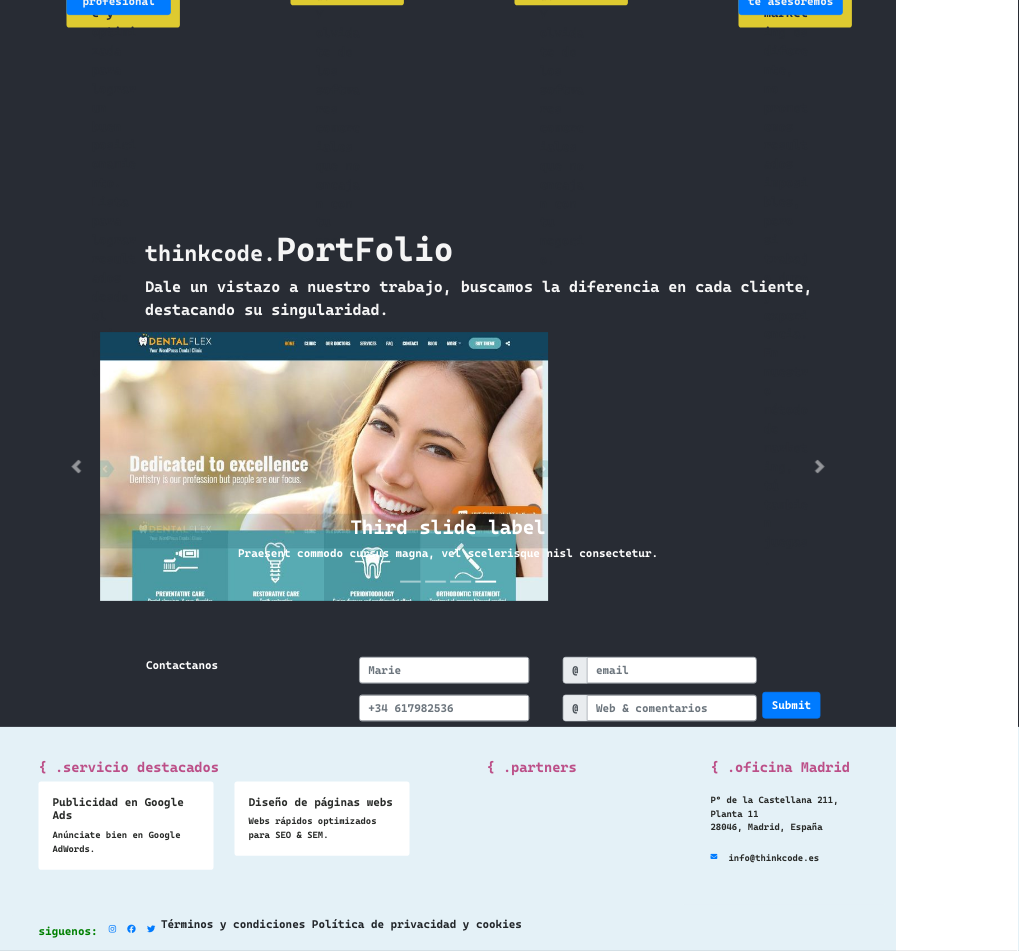
Repository: banchiec/thinkcode
Page: /
An editor plug-in stored every save of this project. The page is shown before and after the next save, followed by the edit.
The browser window is 1280 px wide. The page is 1455 px wide, so the pictures cover 1455 px, including what lies to the right of the window. The pictures show the part of the page from y = 1909 to 3589 px (the page is 3267 px tall before and 3589 px after), at 70% of full size.
Some web libraries are served in a nearby version. The project was rebuilt for these pictures with package versions that can differ from the ones it lists, and the page was loaded fresh each time. A package was used in the major version that the imports need, not the one package.json lists. Also part of the build but not shown: src/components/MenuItems.js, src/components/Dropdownthink.css, src/components/Dropdownthink.js, src/components/pages/Consulting.js, src/components/pages/ContactUs.js, src/components/pages/Marketing.js, src/components/pages/Products.js, src/components/pages/Services.js and 1 more. Imported but missing from the stored project, and not drawn on this page: src/components/sliderInfo/SliderInfo.

Above is the page before, as saved 2020-11-30 14:43:42.

### public/index.html
<!DOCTYPE html>
<html lang="en">
  <head>
    <meta charset="utf-8" />
    <link rel="icon" href="%PUBLIC_URL%/favicon.ico" />
    <meta name="viewport" content="width=device-width, initial-scale=1" />
    <meta name="theme-color" content="#000000" />
    <meta
      name="description"
      content="Web site created using create-react-app"
    />
    <link rel="apple-touch-icon" href="%PUBLIC_URL%/logo192.png" />

    <!-- fontawesome -->
    <script src="https://kit.fontawesome.com/e7a02c1b14.js" crossorigin="anonymous"></script>
    <!-- jquery -->
    <script src="https://code.jquery.com/jquery-2-2.0.min.js"></script>
    <!--
      manifest.json provides metadata used when your web app is installed on a
      user's mobile device or desktop. See https://developers.google.com/web/fundamentals/web-app-manifest/
    -->
    <link rel="manifest" href="%PUBLIC_URL%/manifest.json" />
    <!--
      Notice the use of %PUBLIC_URL% in the tags above.
      It will be replaced with the URL of the `public` folder during the build.
      Only files inside the `public` folder can be referenced from the HTML.

      Unlike "/favicon.ico" or "favicon.ico", "%PUBLIC_URL%/favicon.ico" will
      work correctly both with client-side routing and a non-root public URL.
      Learn how to configure a non-root public URL by running `npm run build`.
    -->
    <title>React App</title>
  </head>
  <body>
    <noscript>You need to enable JavaScript to run this app.</noscript>
    <div id="root"></div>
    <!--
      This HTML file is a template.
      If you open it directly in the browser, you will see an empty page.

      You can add webfonts, meta tags, or analytics to this file.
      The build step will place the bundled scripts into the <body> tag.

      To begin the development, run `npm start` or `yarn start`.
      To create a production bundle, use `npm run build` or `yarn build`.
    -->


  </body>
</html>

### src/index.css
body {
  margin: 0;
  font-family: -apple-system, BlinkMacSystemFont, 'Segoe UI', 'Roboto', 'Oxygen',
    'Ubuntu', 'Cantarell', 'Fira Sans', 'Droid Sans', 'Helvetica Neue',
    sans-serif;
  -webkit-font-smoothing: antialiased;
  -moz-osx-font-smoothing: grayscale;
}

code {
  font-family: source-code-pro, Menlo, Monaco, Consolas, 'Courier New',
    monospace;
}
@font-face{
  font-family: 'CascadiaCode-Bold';
  src: local('CascadiaCode-Bold'), url(./fonts/CascadiaCode-Bold.ttf)
}

### src/App.js
import './App.css';
// import logo_thinkcode from './logo_thinkcode.png'
import React, {} from 'react'
import 'animate.css'
import Navbarthink from './components/Navbarthink'
import InfoSection from './components/infoSection/InfoSection'
import Pricing from './components/pricing/Pricing'
import Footer from './components/footer/Footer'
import Slide from './components/slide/Slide'
import FormContact from './components/forms/FormContact'
import {BrowserRouter as Router, Switch, Route} from 'react-router-dom'


// import Button  from 'react-bootstrap/Button'
// import 'bootstrap/dist/css/bootstrap.min.css'

// import {Navbar,Button, Nav , NavLink} from 'react-bootstrap'

import Consulting from './components/pages/Consulting'
import ContactUs from './components/pages/ContactUs'
import Home from './components/pages/Home'
import Marketing from './components/pages/Marketing'
import Products from './components/pages/Products'
import Services from './components/pages/Services'
import SignUp from './components/pages/SignUp'
// import InfoSection from './components/infoSection/InfoSection';

function App() {

  // const [click, setClick] = useState(false)
  // const [dropdown, setDropdown] = useState(false)




  return (
    <div className="App">
      <Router>
        <Navbarthink/>
        <Switch>
          <Route path='/consulting' exact component ={Consulting}></Route>
          <Route path='/contact-us' exact component ={ContactUs}></Route>
          <Route path='/' exact component ={Home}></Route>
          <Route path='/marketing' exact component ={Marketing}></Route>
          <Route path='/products' exact component ={Products}></Route>
          <Route path='/services' exact component ={Services}></Route>
          <Route path='/sign-up' exact component ={SignUp}></Route>
        </Switch>
        <InfoSection></InfoSection>
        <Pricing></Pricing>
        <Slide/>
        <FormContact></FormContact>
        <Footer/>
      </Router>

    </div>
  );
}

export default App;

### src/App.css
*{
  box-sizing: border-box;
  margin: 0;
  padding: 0;
  font-family: CascadiaCode-Bold;
  /* background: #282c34 ; */
  /* background: linear-gradient(90deg, rgb(76, 80, 88) 100%, rgb(8, 8, 9) 0%); */
}

.App {
  text-align: center;
  background: #282c34 ;
}

.App-logo {
  height: 40vmin;
  pointer-events: none;
}

.home, .services, .products,.contact-us,.sign-up, .marketing, .consulting{
  display: flex;
  height: 90vh;
  align-items: center;
  justify-content: center;
  font-size: 3rem;
}





@media (prefers-reduced-motion: no-preference) {
  .App-logo {
    animation: App-logo-spin infinite 20s linear;
  }
}

.App-header {
  background-color: #282c34;
  min-height: 100vh;
  display: flex;
  flex-direction: column;
  align-items: center;
  justify-content: center;
  font-size: calc(10px + 2vmin);
  color: white;
}

.App-link {
  color: #61dafb;
}

@keyframes App-logo-spin {
  from {
    transform: rotate(0deg);
  }
  to {
    transform: rotate(360deg);
  }
}

### src/components/Navbarthink.js
import React, { useState} from 'react'
import logo_thinkcode from '../images/logo_thinkcode.png'
// import logo_thinkcode from '../images/logo_thinkcode.png'
import { Buttonthink} from './Buttonthink'
import {Link} from 'react-router-dom'
import './Navbarthink.css'
import Dropdownthink from './Dropdownthink'

export default function Navbarthink(){
    const [click, setClick] = useState(false)
    const [dropdown, setDropdown] = useState(false)

    const handleClick = () => setClick(!click)
    const closeMobileMenu = () => setClick(false)

    const onMouseEnter = () =>{
        if(window.innerWidth < 960) {
        setDropdown(false)
        } else {
        setDropdown(true)
        }
    }
    const onMouseLeave = () =>{
        if(window.innerWidth < 960) {
        setDropdown(false)
        } else {
        setDropdown(false)
        }
    }

    return(
        <>
            <nav className="navbarthink">
                <Link to='/' className="navbar-logo">
                    {/* thinkcode */}
                    <img alt="" src={logo_thinkcode} width="300" height="40"></img>
                </Link>
                <div className='menu-icon' onClick={handleClick}>
                    <i className={click ? 'fas fa-times' : 'fas fa-bars'}
                    />
                </div>
                <ul className={ click ? 'nav-menu active' : 'nav-menu'}>

                    <li className='nav-item'>
                        <Link to='/' className='nav-links' onClick={closeMobileMenu}>
                            Home
                        </Link>
                    </li>
                    <li className='nav-item'
                        onMouseEnter={onMouseEnter}
                        onMouseLeave={onMouseLeave}
                        // onClick={handleClick}
                        >
                        <Link to='/services' className='nav-links' onClick={closeMobileMenu}>
                           Services
                           <i className='fas fa-caret-down' />
                        </Link>
                        {dropdown && <Dropdownthink/>}
                    </li>
                    <li className='nav-item'>
                        <Link to='/products' className='nav-links' onClick={closeMobileMenu}>
                            Products
                        </Link>
                    </li>
                    <li className='nav-item'>
                        <Link to='/contact-us' className='nav-links' onClick={closeMobileMenu}>
                           Contact Us
                        </Link>
                    </li>
                    <li className='nav-item'>
                        <Link to='/sign-up' className='nav-links-mobile' onClick={closeMobileMenu}>
                           Sign up
                        </Link>
                    </li>

                </ul>
                <Buttonthink />
            </nav>
        </>
    )

}

### src/components/infoSection/InfoSection.js
import React from 'react'
// import {AlltextInfoSection} from './AlltextInfoSection'
import imagensvg3 from '../../images/imagensvg3.svg'
import 'bootstrap/dist/css/bootstrap.min.css'
import './infoSection.css'
import {Col, Container,Row,} from 'react-bootstrap'

export default function InfoSection() {

    return (
            <Container fluid  className="content-infoSection">
                <Row>
                    {
                        // AlltextInfoSection.map((item,index) => {
                        //     return (
                        //         <Row>
                        //         <Col  md={6} lg={6} >
                        //             {/* <h1 key={index}>{item.firstTitle}</h1> */}
                        //             <div className="content-text-infoSection">
                        //                 <h2 >{item.firstTitle}<span className="text-title-infoSection animate__animated animate__fadeInLeft animate__delay-1s">{item.secundTitle}</span></h2>
                        //                 <p className="text-infoSection">{item.text}</p>
                        //             </div>
                        //         </Col>
                        //         <Col  md={6} lg={6}  >
                        //             <img  className="imagensvg-infoSection" alt="" src={imagensvg3}></img>
                        //         </Col>
                        //         </Row>
                        //     )
                        // })
                    }

                    <Col  md={6} lg={6} >
                        <div className="content-text-infoSection">
                            <h2 >thinkcode.<span className="text-title-infoSection animate__animated animate__fadeInLeft animate__delay-1s">developers</span></h2>
                            <p className="text-infoSection">Diseño y desarrollo de aplicaciones y páginas web para tu negocio o proyecto.
                            Disfrutamos mucho con lo que hacemos, compruébalo.</p>
                        </div>
                    </Col>
                    <Col  md={6} lg={6}  >
                        <img  className="imagensvg-infoSection" alt="" src={imagensvg3}></img>
                    </Col>

                </Row>

            </Container >
            // <Container fluid  className="content-infoSection">
            //     <Row>
            //         <Col  md={6} lg={6} >
            //             <div className="content-text-infoSection">
            //                 <h2 >thinkcode.<span className="text-title-infoSection animate__animated animate__fadeInLeft animate__delay-1s">developers</span></h2>
            //                 <p className="text-infoSection">Diseño y desarrollo de aplicaciones y páginas web para tu negocio o proyecto.
            //                 Disfrutamos mucho con lo que hacemos, compruébalo.</p>
            //             </div>
            //         </Col>
            //         <Col  md={6} lg={6}  >
            //             <img  className="imagensvg-infoSection" alt="" src={imagensvg3}></img>
            //         </Col>

            //     </Row>

            // </Container >
    )
}

### src/components/forms/FormContact.js
import React from 'react'
import { Container, Col, Row, Form, InputGroup,Button, FormControl } from 'react-bootstrap'

export default function FormContact() {
    return (
        <div>
            <Container >
                <Row>
                    <Col lg ={4} md={4}>
                        <div className="text-contactanos text-white">
                            Contactanos
                        </div>
                    </Col>
                    <Col lg={8} className ="container-form" md={8}>
                        <Form inline>
                            <Form.Label htmlFor="inlineFormInputName2" className="" srOnly>
                                Name
                            </Form.Label>
                            <Form.Control
                                className="mb-2 mr-sm-5 ml-5"
                                id="inlineFormInputName2"
                                placeholder="Marie"
                            />
                            <Form.Label htmlFor="inlineFormInputGroupUsername2" srOnly>
                                email
                            </Form.Label>
                            <InputGroup className="mb-2 mr-sm-2">
                                <InputGroup.Prepend>
                                <InputGroup.Text>@</InputGroup.Text>
                                </InputGroup.Prepend>
                                <FormControl id="inlineFormInputGroupUsername2" placeholder="email" />
                            </InputGroup>
                        </Form>
                        <Form inline>
                            <Form.Label htmlFor="inlineFormImputName3" srOnly>
                                phone
                            </Form.Label>
                            <Form.Control
                                className="ml-5 "
                                id="inlineFormImputName3"
                                placeholder="+34 617982536"
                            />
                            <Form.Label htmlFor="inlineFormInputGroupUsername3" srOnly>
                                Web & comentarios
                            </Form.Label>
                            <InputGroup className="mb-2 mt-2 mr-sm-2 ml-5">
                                <InputGroup.Prepend>
                                <InputGroup.Text>@</InputGroup.Text>
                                </InputGroup.Prepend>
                                <FormControl id="inlineFormInputGroupUsername3" placeholder="Web & comentarios" />
                            </InputGroup>
                            <Button type="submit" className="mb-2">
                                Submit
                            </Button>

                        </Form>
                    </Col>
                </Row>

            </Container>

        </div>
    )
}

### src/components/pages/Home.js
import React,{useEffect} from 'react'
import '../sliderInfo/SliderInfo'

export default function Home() {

    useEffect(()=>{
    })
    return (
        <div>
            {/* <InfoSection></InfoSection> */}
            {/* <Pricing></Pricing> */}
            {/* <Slide/> */}
            {/* <Footer/> */}

           {/* <h1 className='consulting' >Thinkcode</h1> */}
        </div>
    )
}

### src/components/Buttonthink.js
import React  from 'react'
import './Buttonthink.css'
import {Link} from 'react-router-dom'

export function Buttonthink() {
        return (
            <Link to ='sing-up'>
               <button className='btnthink'>Sign think </button>
            </Link>
        )
}

### src/components/Navbarthink.css
.navbarthink{
  /* background: linear-gradient(9deg, rgb(66, 80, 88) 0%, rgb(8, 8, 9) 100%); */
  background: #282c34;

  height: 80px;
  display: flex;
  justify-content: center;
  align-items: center;
  font-size: 1.2rem;
}

.navbar-logo {
  color: #fff;
  justify-self: start;
  margin-left: 40px;
  cursor: pointer;
  text-decoration: none;
}

.fa-firstdraft {
  margin-left: 0.5rem;
  font-size: 1.6rem;
}

.nav-menu {
  display: grid;
  grid-template-columns: repeat(5, auto);
  grid-gap: 10px;
  list-style: none;
  text-align: center;
  width: 70vw;
  justify-content: end;
  margin-right: 2rem;
}

.nav-item {
  display: flex;
  align-items: center;
  height: 80px;
}

.nav-links {
  color: white;
  text-decoration: none;
  padding: 0.5rem 1rem;
}

.nav-links:hover {
  background-color: #1888ff;
  border-radius: 4px;
  transition: all 0.2s ease-out;
}

.fa-bars {
  color: #fff;
}

.nav-links-mobile {
  display: none;
}

.menu-icon {
  display: none;
}

@media screen and (max-width: 960px) {
  /* .text-propuesta {
    margin-top: 12rem;
  } */

  .fa-caret-down {
    display: none;
  }
  .NavbarItems {
    position: relative;
  }

  .nav-menu {
    display: flex;
    flex-direction: column;
    width: 100%;
    height: 90vh;
    position: absolute;
    top: 80px;
    left: -100%;
    opacity: 1;
    transition: all 0.9s ease;
  }

  .nav-menu.active {
    background: #2a2c30;
    left: 0;
    opacity: 1;
    transition: all 0.5s ease;
    z-index: 1;
  }

  .nav-links {
    text-align: center;
    padding: 2rem;
    width: 100%;
    display: table;
  }

  .nav-links:hover {
    background-color: #1888ff;
    border-radius: 0;
  }

  .navbar-logo {
    position: absolute;
    top: 0;
    left: 0;
    transform: translate(25%, 50%);
  }

  .menu-icon {
    display: block;
    position: absolute;
    top: 0;
    right: 0;
    transform: translate(-100%, 60%);
    font-size: 1.8rem;
    cursor: pointer;
  }

  .fa-times {
    color: #fff;
    font-size: 2rem;
  }

  .nav-links-mobile {
    display: block;
    text-align: center;
    padding: 1.5rem;
    margin: 2rem auto;
    border-radius: 4px;
    width: 80%;
    background: #1888ff;
    text-decoration: none;
    color: #fff;
    font-size: 1.5rem;
  }

  .nav-links-mobile:hover {
    background: #fff;
    color: #1888ff;
    transition: 250ms;
  }

  button {
    display: none;
  }
}

### src/components/infoSection/infoSection.css
.content-infoSection {
    /* padding: 0; */
    margin-top: 150px;
    background: #282c34 ;
    height: 700px;
    /* border: 1px solid rebeccapurple; */
}
.content-text-infoSection {
    margin-left: 12rem;
    margin-top: 8rem;
    text-align: start;
    /* border: 0; */
    /* padding: 0; */
    /* border: 1px solid whitesmoke; */
    color: whitesmoke;
}
.imagensvg-infoSection {
    padding: 0;
    /* border-right: 5px; */
    width: 800px;

}
.text-title-infoSection{
    font-size: 3rem;
    /* size: 12px; */
}
.text-infoSection {
    font-size: 22px;
}
@media screen and (max-width: 960px) {
    .content-infoSection {
        margin-top: 0px;
    }
    .text-infoSection{
        margin-top: 3rem;
        margin-left: 1rem;
        margin-right: 1rem;
    }
    .imagensvg-infoSection{
        margin-top: 5rem;
        width: 500px;
    }
    .content-text-infoSection {
        margin-left: 1rem;
    }
    .text-propuesta {
        margin-top: 15rem;
    }

}

### src/components/pricing/Pricing.css
.container-pricing {
    /* background-color: whitesmoke; */
    /* border: 1px solid white; */
    /* height:  800px; */
    background: linear-gradient(90deg, rgb(76, 80, 88) 100%, rgb(66, 66 66) 0%);
    /* z-index: -1; */
}
.container-card{
    padding-top: 4rem;
    align-content: center;
    padding: auto;
    text-align: start;
    /* height: 600px; */
    /* background-color: violet; */
    /* color: transparent; */
}
.card-pricing {
    /* width: 34rem; */
    margin-left: 5rem;
    background: #deca30;
    /* background: #3b4454; */
    /* background: linear-gradient(90deg, rgb(224, 242, 241) 0%, rgb(255, 255, 255) 100%); */
    margin-right: 3rem;
    height: 52rem;
}
.card-left {
    margin-top: 4rem;
}
.card-right {
    margin-top: 4rem;
}
.card-button {
    /* margin-top: 3rem; */
    /* margin-left: 13rem; */
    position: absolute;
    right: 13px;
    bottom: 18px;
    color: whitesmoke;
}
.text-card {
    padding-top: 1.5rem;
    padding-left: 1rem;
    padding-right: 2.5rem;
    color: #282c34;
    font-size: 18px;
}
.image-pricing {
    height: 15rem;
    width: 80%;
    align-self: center;
}
.title-card {
    /* padding-top: 0.2rem; */
    padding-left: 1rem;
    color: #282c34;
    font-size: 28px;
}
.text-propuesta {
    margin: 0 0.5rem;
    animation: bounce;
    animation-duration: 2s;
    color: whitesmoke;
    font-size: 3rem;
}

@media screen and (max-width: 960px){
    .text-propuesta{
        margin-top: 12rem;
    }
}

### src/components/footer/Footer.css
.container-footer {
    border: 0;
    /* padding: 0; */
    /* border: 1px solid green; */
    height: auto;
    background: #e4f1f7;
}
.card{
    /* padding-bottom: 22px; */
    border: 0;
    /* background: white; */
    text-align: left;
    font-size: small;
    width: auto;
    /* background: #deca30; */
}
.card-footer {
    padding-top: 10px;
    padding-bottom: 22px;
    border: 0;
    color: #282a28;
    background: #e4f1f7;
}
.text-card-footer  {
    padding: 0;
    margin-top: 1.5rem;
    font-size: small;
    text-align: start;
}
.title-footer{
    text-align: left;
    font-size: medium;
}
.title-card-footer {
    margin-top: 1rem;
    text-align: left;
    color: #bc4f88;
}
.pin-ic{
    margin-top: 12px;
    margin: 8px;
    position:center;
}

.pin-ic-enveloped{
    margin-top: 12px;
    /* margin: 8px; */
    margin-right: 1rem;
    position:center;
}
.iconos-redes-sociales{
    position: relative;
    margin-left: 2.5rem;
}
.text-siguenos{
    margin-top: 10px;
    margin-right: 8px;
    color: green;

}

### src/components/slide/Slide.css
.container-slider {
    margin-top: 10rem;
    border-top: 5rem;
    margin-bottom: 5rem;
}
.d-block {
    margin-left: 8rem;
    width: 40rem;
    height: 24rem;
    /* border:1px solid green; */
}

.container-secundary-slider .d-block {
    width: 20rem;
    height: 12rem;
    margin-left: 2rem;


}
.carousel-large {
    width: 100%;
}
@media screen and (max-width: 960px) {
    .d-block {
        margin-left: auto;
    }

}

### src/components/Buttonthink.css
:root{
    --primary: #1888ff;
}
.btnthink{
    padding: 8px 20px;
    border-radius: 4px;
    outline: none;
    border: none;
    font-size: 18px;
    color: #fff;
    cursor: pointer;
    background-color: var(--primary);
}
.btnthink:hover {
    padding: 6px 18px;
    transition: all 1.5s ease-out;
    background-color: transparent;
    color: #2a2a2a;
    border-radius: 4px;
    border: 2px solid var(--primary)
}

### src/components/forms/FormContact.css
.container-form {
    border:1px solid green;
    margin-top: 20rem;
    /* margin-left: 10rem; */
}

Loaded but not shown: src/index.js (common file); src/components/footer/Footer.js (102 lines, source omitted); src/components/pricing/Pricing.js (84 lines, source omitted); src/components/slide/Slide.js (84 lines, source omitted)

After the next save:
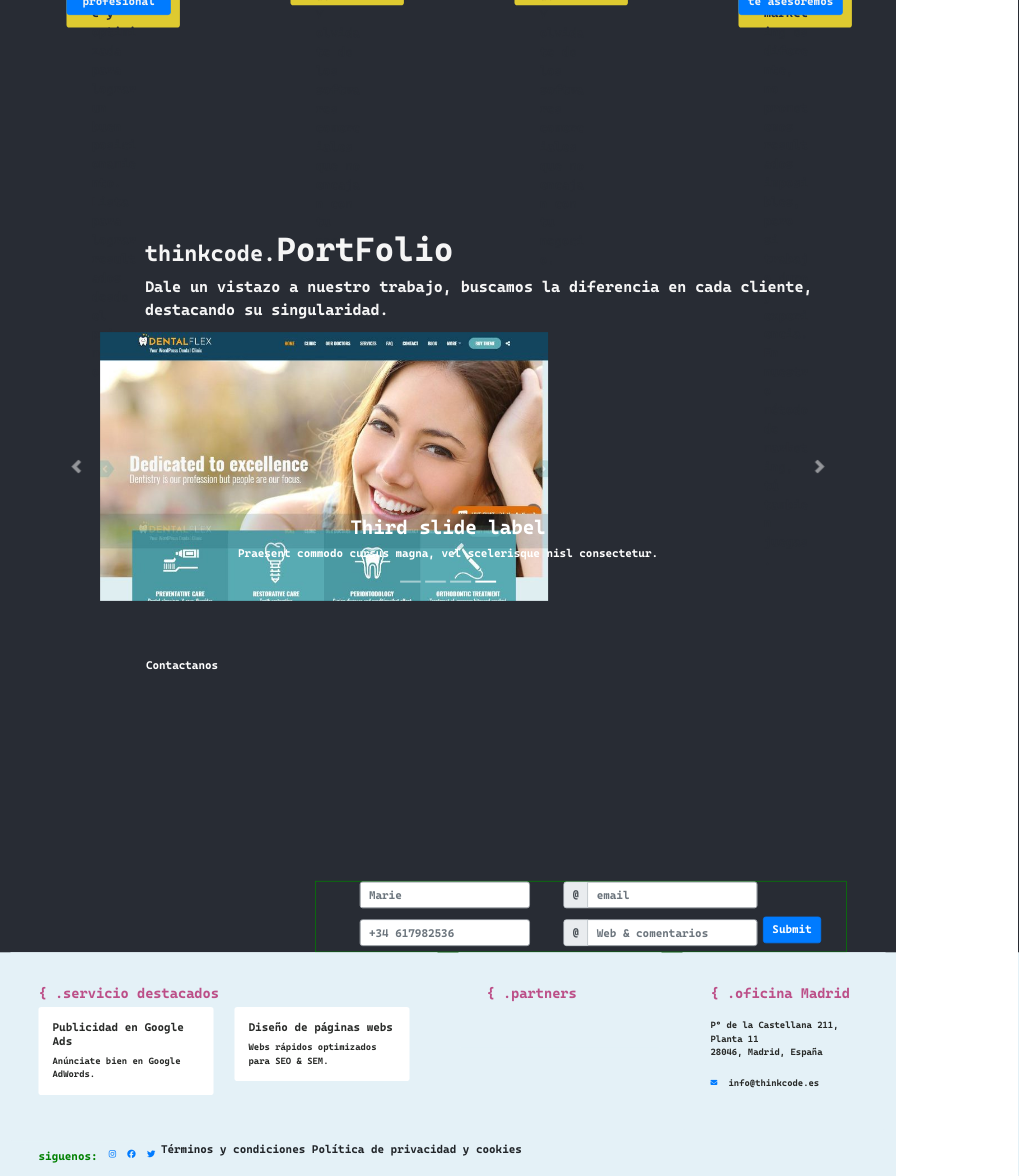
Saved 36 s later.
--- a/src/components/forms/FormContact.js
+++ b/src/components/forms/FormContact.js
@@ -1,4 +1,5 @@
 import React from 'react'
+import './FormContact.css'
 import { Container, Col, Row, Form, InputGroup,Button, FormControl } from 'react-bootstrap'
 
 export default function FormContact() {
